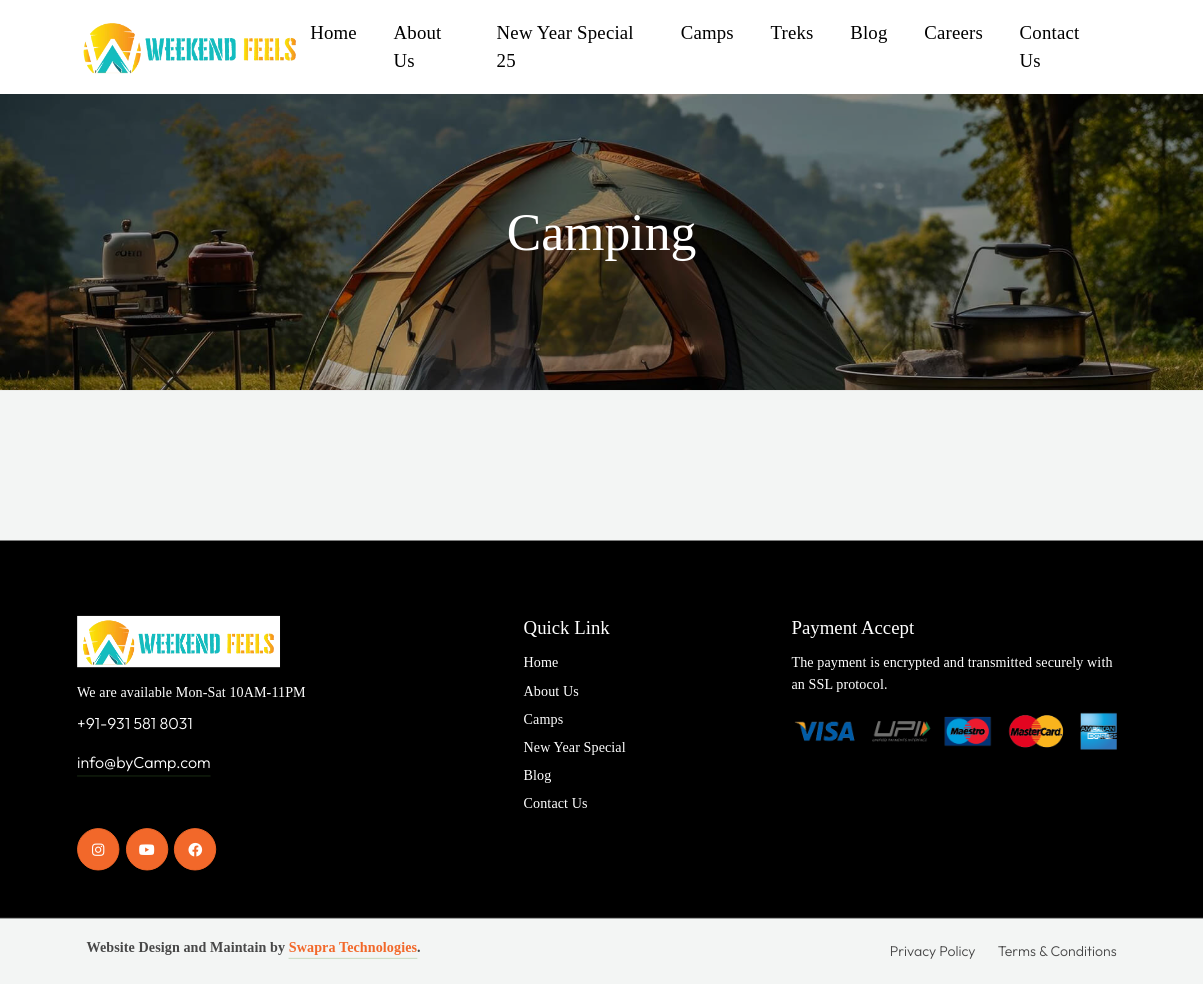
Repository: ruturajsurwase/Thymleaf-Projects
Page: http://localhost/camp
These files come from the project's save history. The page is drawn as it stood at one moment and after the next save; the edit follows.
The browser window is 1280 px wide. The pictures show the whole page, at 94% of full size.
Backgrounds fixed to the window are drawn as part of the page. Some web fonts or font styles are not loaded; a fallback is used. The page is this project's Thymeleaf template; nobody is signed in. The template is opened directly, without the code that normally fills it, so the values that code supplies are empty.

Above is the page before, as saved 2024-12-16 04:25:55.

### WEEKENDFEELS/src/main/resources/templates/camp.html
<!DOCTYPE html>
<html xmlns:th="http://www.thymeleaf.org">


<head>
    <meta charset="utf-8">
    <meta http-equiv="X-UA-Compatible" content="IE=edge" />
    <meta name="viewport" content="width=device-width, initial-scale=1, maximum-scale=1" />
    <title>10+ Camping Location Near Pune And Mumbai</title>
    <link rel="shortcut icon" href="img/favicon.png" />
    <link href="https://fonts.googleapis.com/css2?family=Outfit:wght@300;400;500;600;700&amp;display=swap" rel="stylesheet">
    <link href="https://fonts.cdnfonts.com/css/otomanopee-one" rel="stylesheet">
    <link rel="stylesheet" href="css/plugins.css" />
    <link rel="stylesheet" href="css/style.css" />
</head>

<body>
    <!-- Preloader -->
    <div class="preloader-bg"></div>
    <div id="preloader">
        <div id="preloader-status">
            <div class="preloader-position loader"> <span></span> </div>
        </div>
    </div>
    <!-- Progress scroll totop -->
    <div class="progress-wrap cursor-pointer">
        <svg class="progress-circle svg-content" width="100%" height="100%" viewBox="-1 -1 102 102">
            <path d="M50,1 a49,49 0 0,1 0,98 a49,49 0 0,1 0,-98" />
        </svg>
    </div>
    <!-- Navbar -->


      <!-- Header section-->
    <nav class="navbar navbar-expand-lg">
        <div class="container">
            <!-- Logo -->
            <div class="logo-wrapper">
                <a class="" href="#"> <img src="img/logo1.webp" class="logo-img" alt=""> </a>
                <!-- <div class="logo"><h2>by<span>Camp</span></h2></div> -->
            </div>
            <!-- Button -->
            <button class="navbar-toggler" type="button" data-bs-toggle="collapse" data-bs-target="#navbar"
                aria-controls="navbar" aria-expanded="false" aria-label="Toggle navigation"> <span
                    class="navbar-toggler-icon"><i class="fa-light fa-bars"></i></span> </button>
            <!-- Menu -->
            <div class="collapse navbar-collapse" id="navbar">
                <ul class="navbar-nav mx-auto">

                    <li class="nav-item"><a class="nav-link" href="/index">Home</a></li>
                    <li class="nav-item"><a class="nav-link" href="/about">About Us</a></li>
                    <li class="nav-item"><a class="nav-link" href="/newyear">New Year Special 25</a></li>
                    <li class="nav-item"><a class="nav-link" href="/camp">Camps</a></li>
                    <li class="nav-item"><a class="nav-link" href="/trek">Treks</a></li>
				    <li class="nav-item"><a class="nav-link" href="/blog">Blog</a></li>
                    <li class="nav-item"><a class="nav-link" href="/career">Careers</a></li>
                    <li class="nav-item"><a class="nav-link" href="/contact">Contact Us</a></li>

			  </ul>

            </div>
        </div>
    </nav>

    <!-- Header Section End  -->

    <!-- Header Banner -->
    <div class="banner-header section-padding valign bg-img bg-fixed" data-overlay-dark="3" data-background="img/slider/08.jpg">
        <div class="container">
            <div class="row">
                <div class="col-md-12 text-center">
                    <h3>Camping</h3>
                </div>
            </div>
        </div>
    </div>


     <section class="activities1 section-padding bg-gray" style="padding: 80px 0px">
        <div class="container">
            <div class="row">
                <div th:each="accommodation : ${accommodations}" class="col-lg-4 col-md-6 mb-45">
                    <div class="item">
                        <img th:src="@{${accommodation.imageUrl}}" class="img-fluid" alt="Accommodation">
                        <div class="cont">
                            <div class="text">
                                <h5 th:text="${accommodation.name}"></h5>
                                 <p>
                                    <i class="fa fa-calendar" style="font-size: 12px; margin-right: 8px; color: #14bdbf;"></i>
                                    <span class="current-date"></span>
                                </p>
                                <p>
                                    <i class="fa fa-map-marker" style="font-size: 13px; margin-right: 8px; color: #14bdbf;"></i>
                                    <span th:text="${accommodation.location}"></span>
                                    <span style="margin-left: 48px;">
                                        <i class="fa fa-clock" style="font-size: 13px; margin-right: 6px; color: #14bdbf;"></i>
                                        <span th:text="${accommodation.duration}"></span>
                                    </span>
                                </p>
                                <p style="font-size: 21px; color: red;">
                                    <span style="text-decoration: line-through;" th:text="${accommodation.originalPrice}"></span>
                                    <span style="color:black; font-size: 15px; margin-left: 3px; background: #f2cc00; padding: 1px 10px; border-radius: 7px;" th:text="${accommodation.discount}"></span>
                                </p>
                                <div style="display: flex; justify-content: space-between; margin-top:6px;">
                                    <h3 style="color: #008f00;" th:text="${accommodation.discountedPrice} + ' Onwards'"></h3>
                                    <div>
                                        <a href="#" class="button-1 mb-30 mt-20" style="padding: 5px 29px;"> <span>Know More</span></a>
                                    </div>
                                </div>
                            </div>
                        </div>
                    </div>
                </div>
            </div>
        </div>
    </section>


     <!-- Footer -->
  <footer class="footer" style="background: black;">
        <!-- top -->
        <div class="top">
            <div class="container">
                <div class="row">
                    <div class="col-md-4 mb-30">
                        <div class="item">
                            <div class="logo"><img src="img/logo1.webp" alt="" style="background: #fff; width: 166%;">
                            </div>
                            <p>We are available Mon-Sat 10AM-11PM</p>
                            <div class="phone" style="color: #fff;"><a href="tel:+12345678910"> +91-931 581 8031</a></div>
                            <div class="mail" style="color: #fff;"><a href="mailto:info@byCamp.com">info@byCamp.com</a>
                            </div>
                            <div class="social-icons" style="margin-top: 45px;">
                                <ul class="list-inline">
                                    <li><a href="#"><i class="fa-brands fa-instagram"></i></a></li>
                                    <li><a href="#"><i class="fa-brands fa-youtube"></i></a></li>
                                    <li><a href="#"><i class="fa-brands fa-facebook"></i></a></li>
                                </ul>
                            </div>
                        </div>
                    </div>
                    <div class="col-md-3 offset-md-1 mb-30">
                        <div class="item">
                            <h3>Quick Link</h3>
                            <p>Home</p>
                            <p>About Us</p>
                            <p>Camps</p>
                            <p>New Year Special</p>
                            <p>Blog</p>
                            <p>Contact Us</p>
                        </div>
                    </div>
                    <div class="col-md-4 mb-30">
                        <div class="item">
                            <h3>Payment Accept</h3>
                            <p>The payment is encrypted and transmitted securely with an SSL protocol.</p>
                            <div class="newsletter">
                                <div class=""><img src="img/slider/payments.png" alt=""></div>
                            </div>
                        </div>
                    </div>
                </div>
            </div>
        </div>
        <!-- bottom -->
        <div class="bottom">
            <div class="container">
                <div class="row">
                    <div class="col-lg-5 col-md-12">
                        <p class="mb-0" style="    font-size: 15px;font-weight: 600;">Website Design and Maintain by <a href="#" style="color: #f2682a;">Swapra Technologies</a>.
                        </p>
                    </div>
                    <div class="col-lg-7 col-md-12">
                        <div class="links">
                            <ul>
                                <li><a href="#">Privacy Policy</a></li>
                                <li><a href="#">Terms &amp; Conditions</a></li>
                            </ul>
                        </div>
                    </div>
                </div>
            </div>
        </div>
    </footer>
    <!-- Popup - Book An Appointment -->
    <div class="modal fade" id="exampleModal" tabindex="-1" aria-labelledby="exampleModalLabel" aria-hidden="true">
        <div class="modal-dialog modal-lg">
            <div class="modal-content">
                <div class="modal-header">
                    <h5 class="modal-title" id="exampleModalLabel">Book A Place</h5>
                    <button type="button" class="btn-close" data-bs-dismiss="modal" aria-label="Close"></button>
                </div>
                <div class="modal-body">
                    <div class="booking-inner clearfix">
                        <form method="post" action="#0" class="form1 clearfix">
                            <div class="row">
                                <div class="col-lg-6 col-md-12">
                                    <input name="name" type="text" placeholder="Full Name" required>
                                </div>
                                <div class="col-lg-6 col-md-12">
                                    <input name="email" type="email" placeholder="Email Address" required>
                                </div>
                                <div class="col-lg-6 col-md-12">
                                    <input name="phone" type="text" placeholder="Contact Number" required>
                                </div>
                                <div class="col-lg-6 col-md-12">
                                    <div class="select1_wrapper">
                                        <label>Reservation Type</label>
                                        <div class="select1_inner">
                                            <select class="select2 select" style="width: 100%">
                                                <option value="0">Reservation Type</option>
                                                <option value="1">Private Cottage</option>
                                                <option value="2">Tents With Territory</option>
                                                <option value="3">Compact Trailers</option>
                                            </select>
                                        </div>
                                    </div>
                                </div>
                                <div class="col-lg-6 col-md-12">
                                    <div class="input1_wrapper">
                                        <label>Check In</label>
                                        <div class="input1_inner">
                                            <input type="text" class="form-control input datepicker"
                                                placeholder="Check In" required>
                                        </div>
                                    </div>
                                </div>
                                <div class="col-lg-6 col-md-12">
                                    <div class="input1_wrapper">
                                        <label>Check Out</label>
                                        <div class="input1_inner">
                                            <input type="text" class="form-control input datepicker"
                                                placeholder="Check Out" required>
                                        </div>
                                    </div>
                                </div>
                                <div class="col-lg-12 col-md-12 form-group">
                                    <textarea name="message" id="message" cols="30" rows="4"
                                        placeholder="Additional Note"></textarea>
                                </div>

                                <div class="col-lg-7 col-md-12">
                                    <p style="line-height: 1.3em;"><small><i class="fa-solid fa-circle-info"></i> We are
                                            committed to protecting your privacy. We will never collect information
                                            about you without your explicit consent.</small></p>
                                </div>
                                <div class="col-lg-5 col-md-12 text-end">
                                    <button type="submit"><i class="fa-light fa-calendar-check mr-5"></i> Book Your Stay
                                        Now</button>
                                </div>

                            </div>
                        </form>
                    </div>
                </div>
            </div>
        </div>
    </div>
			<script>
                    // Get current date
                    const today = new Date();
                    const options = {
                        day: 'numeric',
                        month: 'long',
                        year: 'numeric'
                    };
                    const formattedDate = today.toLocaleDateString('en-US', options);

                    // Apply date to all elements with the class 'current-date'
                    const dateElements = document.querySelectorAll('.current-date');
                    dateElements.forEach((element) => {
                        element.textContent = formattedDate;
                    });
                </script>
    <!-- jQuery -->
    <script src="js/jquery-3.7.1.min.js"></script>
    <script src="js/jquery-migrate-3.5.0.min.js"></script>
    <script src="js/modernizr-2.6.2.min.js"></script>
    <script src="js/imagesloaded.pkgd.min.js"></script>
    <script src="js/jquery.isotope.v3.0.2.js"></script>
    <script src="js/popper.min.js"></script>
    <script src="js/bootstrap.min.js"></script>
    <script src="js/scrollIt.min.js"></script>
    <script src="js/jquery.waypoints.min.js"></script>
    <script src="js/owl.carousel.min.js"></script>
    <script src="js/jquery.stellar.min.js"></script>
    <script src="js/jquery.magnific-popup.js"></script>
    <script src="js/YouTubePopUp.js"></script>
    <script src="js/select2.js"></script>
    <script src="js/datepicker.js"></script>
    <script src="js/smooth-scroll.min.js"></script>
    <script src="js/custom.js"></script>
</body>

</html>

### WEEKENDFEELS/src/main/resources/static/css/plugins.css
/* ----------------------------------------------------------------
			[ All Css Plugins & Helper Classes File ]
-----------------------------------------------------------------*/

/* == bootstrap == */
@import url("plugins/bootstrap.min.css");

/* == owl.carousel == */
@import url("plugins/owl.carousel.min.css");
@import url("plugins/owl.theme.default.min.css");

/* == animate css == */
@import url("plugins/animate.min.css");

/* == themify & flaticon icons ==*/
@import url("plugins/themify-icons.css");
@import url("plugins/flaticon.css");
@import url("plugins/font-awesome-pro.css");

/* == magnific-popup gallery  == */
@import url("plugins/magnific-popup.css");

/* == YouTubePopUp == */
@import url("plugins/YouTubePopUp.css");

/* == for booking css == */
@import url("plugins/select2.css");
@import url("plugins/datepicker.css");

/* == Vegas Slider == */
@import url("plugins/vegas.slider.min.css");

Loaded but not shown: WEEKENDFEELS/src/main/resources/static/js/jquery-3.7.1.min.js (library); WEEKENDFEELS/src/main/resources/static/js/jquery-migrate-3.5.0.min.js (library); WEEKENDFEELS/src/main/resources/static/js/modernizr-2.6.2.min.js (library); WEEKENDFEELS/src/main/resources/static/js/imagesloaded.pkgd.min.js (library); WEEKENDFEELS/src/main/resources/static/js/jquery.isotope.v3.0.2.js (library); WEEKENDFEELS/src/main/resources/static/js/popper.min.js (library); WEEKENDFEELS/src/main/resources/static/js/bootstrap.min.js (library); WEEKENDFEELS/src/main/resources/static/js/scrollIt.min.js (common file); WEEKENDFEELS/src/main/resources/static/js/jquery.waypoints.min.js (library); WEEKENDFEELS/src/main/resources/static/js/owl.carousel.min.js (library); WEEKENDFEELS/src/main/resources/static/js/jquery.stellar.min.js (library); WEEKENDFEELS/src/main/resources/static/js/jquery.magnific-popup.js (library); WEEKENDFEELS/src/main/resources/static/js/smooth-scroll.min.js (library); WEEKENDFEELS/src/main/resources/static/css/plugins/bootstrap.min.css (library); WEEKENDFEELS/src/main/resources/static/css/plugins/owl.carousel.min.css (library); WEEKENDFEELS/src/main/resources/static/css/plugins/owl.theme.default.min.css (common file); WEEKENDFEELS/src/main/resources/static/css/plugins/animate.min.css (library); WEEKENDFEELS/src/main/resources/static/css/plugins/themify-icons.css (library); WEEKENDFEELS/src/main/resources/static/css/plugins/flaticon.css (library); WEEKENDFEELS/src/main/resources/static/css/plugins/font-awesome-pro.css (library); WEEKENDFEELS/src/main/resources/static/css/plugins/magnific-popup.css (library); WEEKENDFEELS/src/main/resources/static/css/plugins/YouTubePopUp.css (library); WEEKENDFEELS/src/main/resources/static/css/plugins/select2.css (library); WEEKENDFEELS/src/main/resources/static/css/plugins/datepicker.css (common file); WEEKENDFEELS/src/main/resources/static/css/plugins/vegas.slider.min.css (library); WEEKENDFEELS/src/main/resources/static/js/select2.js (5847 lines, source omitted); WEEKENDFEELS/src/main/resources/static/js/datepicker.js (2062 lines, source omitted); WEEKENDFEELS/src/main/resources/static/js/custom.js (499 lines, source omitted); WEEKENDFEELS/src/main/resources/static/js/YouTubePopUp.js (1 lines, source omitted); WEEKENDFEELS/src/main/resources/static/css/style.css (5380 lines, source omitted)

After the next save:
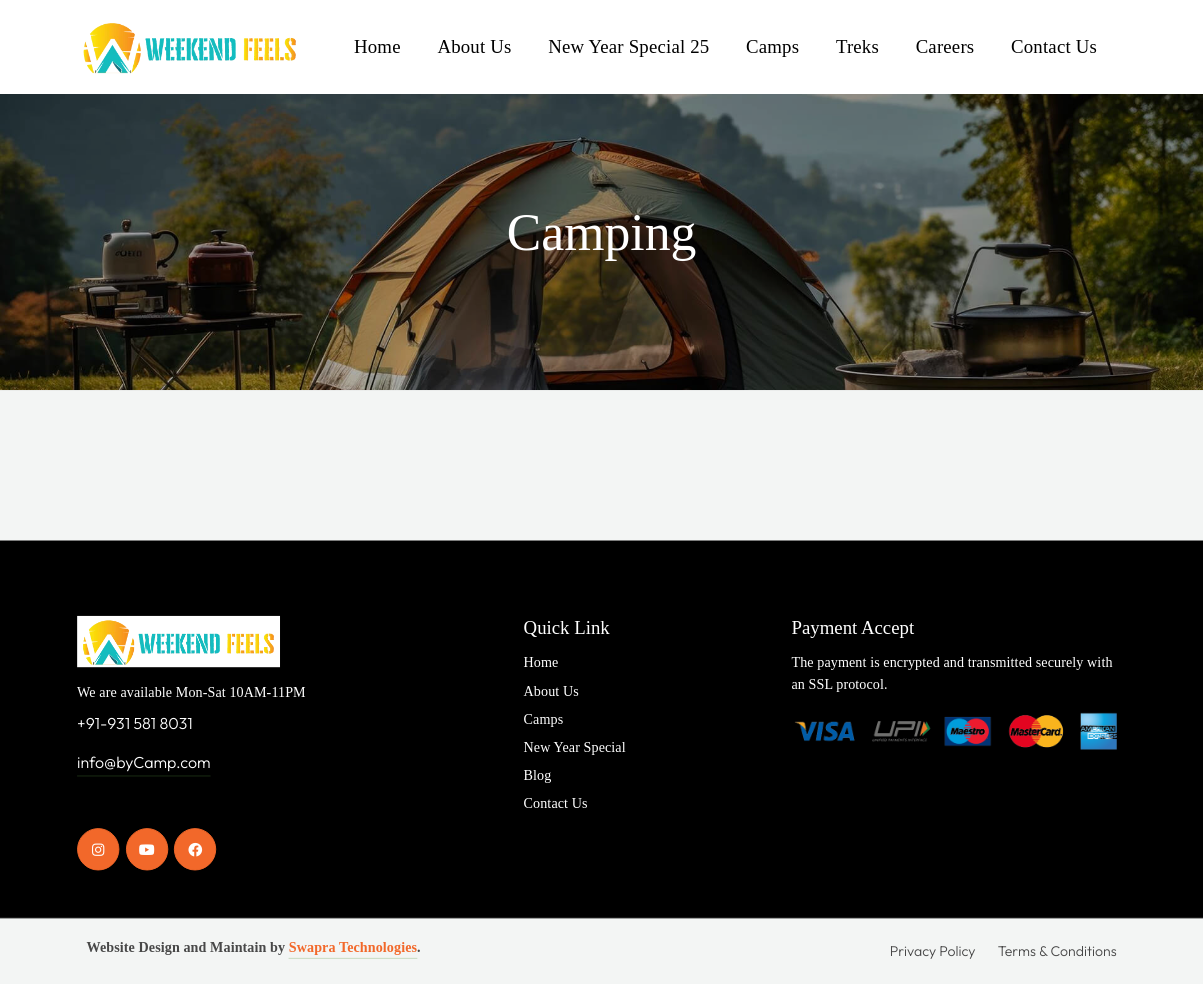
Saved 10 s later.
--- a/WEEKENDFEELS/src/main/resources/templates/camp.html
+++ b/WEEKENDFEELS/src/main/resources/templates/camp.html
@@ -52,7 +52,7 @@
                     <li class="nav-item"><a class="nav-link" href="/newyear">New Year Special 25</a></li>
                     <li class="nav-item"><a class="nav-link" href="/camp">Camps</a></li>
                     <li class="nav-item"><a class="nav-link" href="/trek">Treks</a></li>
-				    <li class="nav-item"><a class="nav-link" href="/blog">Blog</a></li>
+				 <!--    <li class="nav-item"><a class="nav-link" href="/blog">Blog</a></li> -->
                     <li class="nav-item"><a class="nav-link" href="/career">Careers</a></li>
                     <li class="nav-item"><a class="nav-link" href="/contact">Contact Us</a></li>
 
